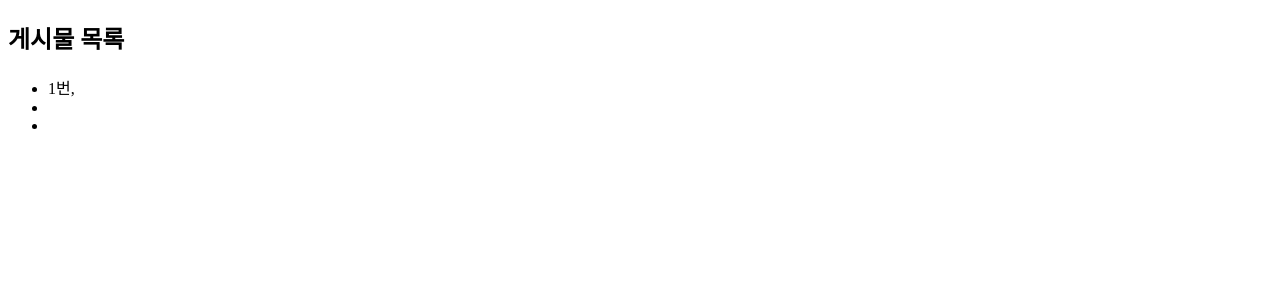
Repository: yeosang0508/JSP_AM_2024_08
Page: http://localhost/JSP_AM_2024_08/Article/list
The author's editor kept a copy of each file at every save. The page is drawn from the files as they stood at one save, then again after the next save.
The browser window is 1280 px wide. The pictures show the whole page.
The page is served by Tomcat 10. The database holds what the project's SQL file puts in it.

Above is the page before, as saved 2024-08-08 14:33:26.

After the next save:
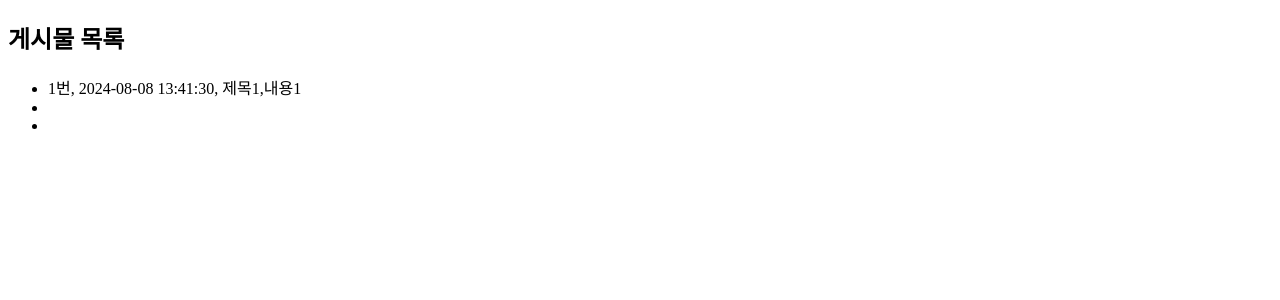
Saved 59 s later.
--- a/JSP_AM_2024_08/src/main/webapp/jsp/article/list.jsp
+++ b/JSP_AM_2024_08/src/main/webapp/jsp/article/list.jsp
@@ -1,6 +1,5 @@
 <%@ page import="java.util.List" %>
 <%@ page import="java.util.Map" %>
-
 
 
 <%@ page language="java" contentType="text/html; charset=UTF-8"
@@ -20,7 +19,7 @@
 		<h2>게시물 목록</h2>
 
 		<ul>
-		<li><%= articleRows.get(0).get("id") %>번,</li>
+		<li><%= articleRows.get(0).get("id") %>번, <%=articleRows.get(0).get("regDate") %>, <%=articleRows.get(0).get("title")%>,<%=articleRows.get(0).get("body")%></li>
 		<li></li>
 		<li></li></ul>
 </body>
